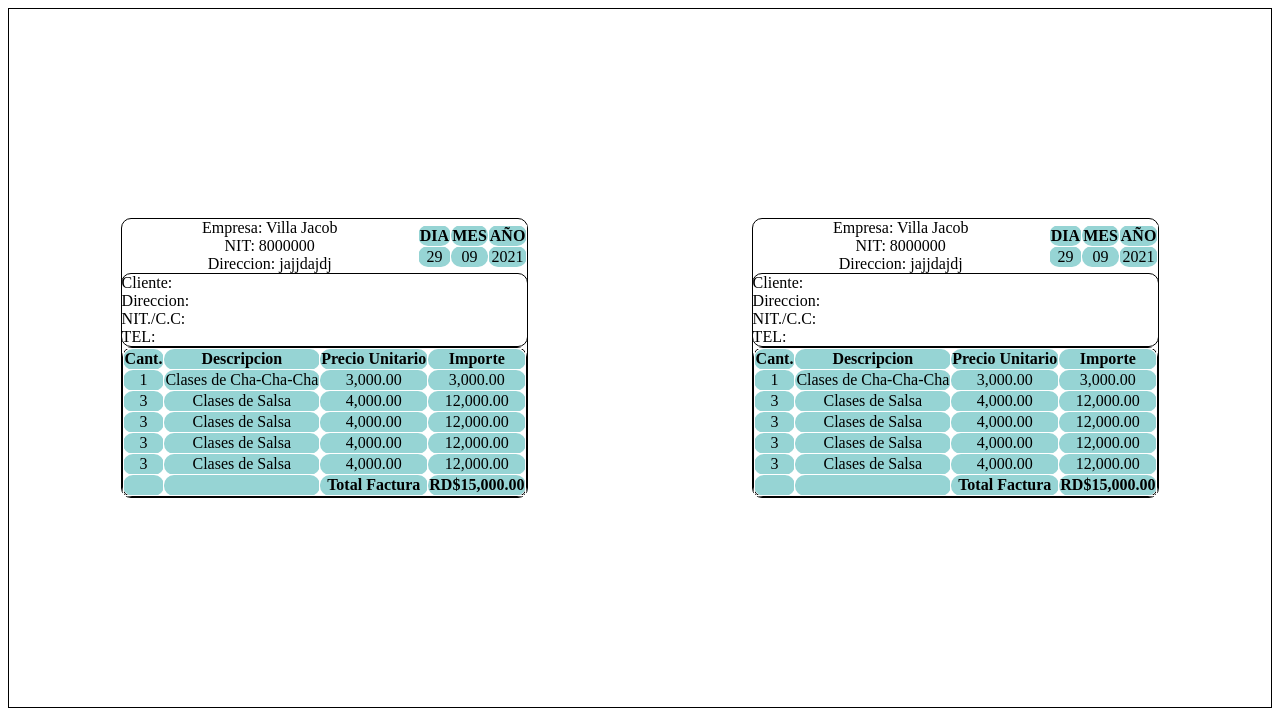
Repository: MrVanQish/FacturaEstructura
Page: index.html
The author's editor kept a copy of each file at every save. The page is drawn from the files as they stood at one save, then again after a run of saves.
The browser window is 1280 px wide. The pictures show the whole page.

Above is the page before, as saved 2021-09-29 11:42:00.

After the next 2 saves:
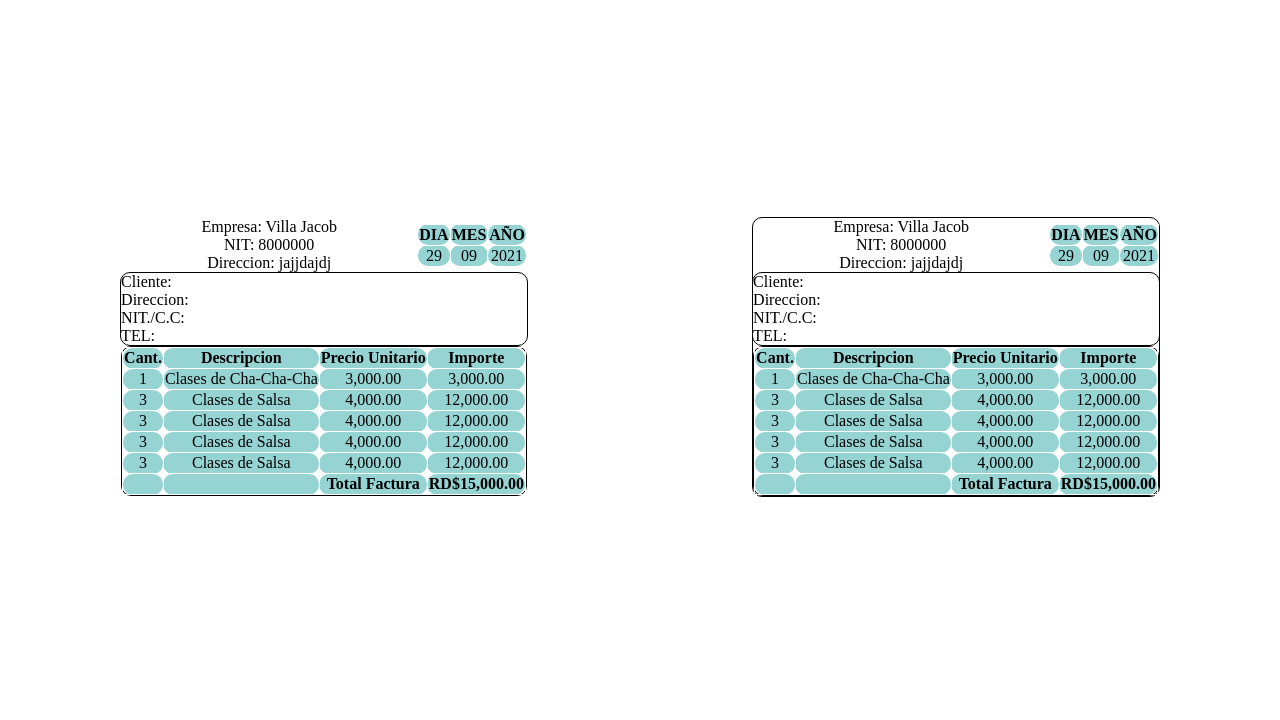
The 2 saves are shown as one change because they came seconds apart.
The last was saved 13 s later.
--- a/styles.css
+++ b/styles.css
@@ -14,7 +14,7 @@ th, td {
 
 .wrapper {
     height: 97vh;
-    border: 1px solid #000;
+/*     border: 1px solid #000; */
     display: grid;
     grid-template-columns: 1fr 1fr;
     grid-template-rows: auto;
@@ -28,7 +28,7 @@ th, td {
     grid-area: f1;
     align-self: center;
     justify-self: center;
-    border: 1px solid #000;
+/*     border: 1px solid #000; */
     border-radius: 10px;
     grid-template-columns: 1fr;
     grid-template-rows: auto auto auto;
